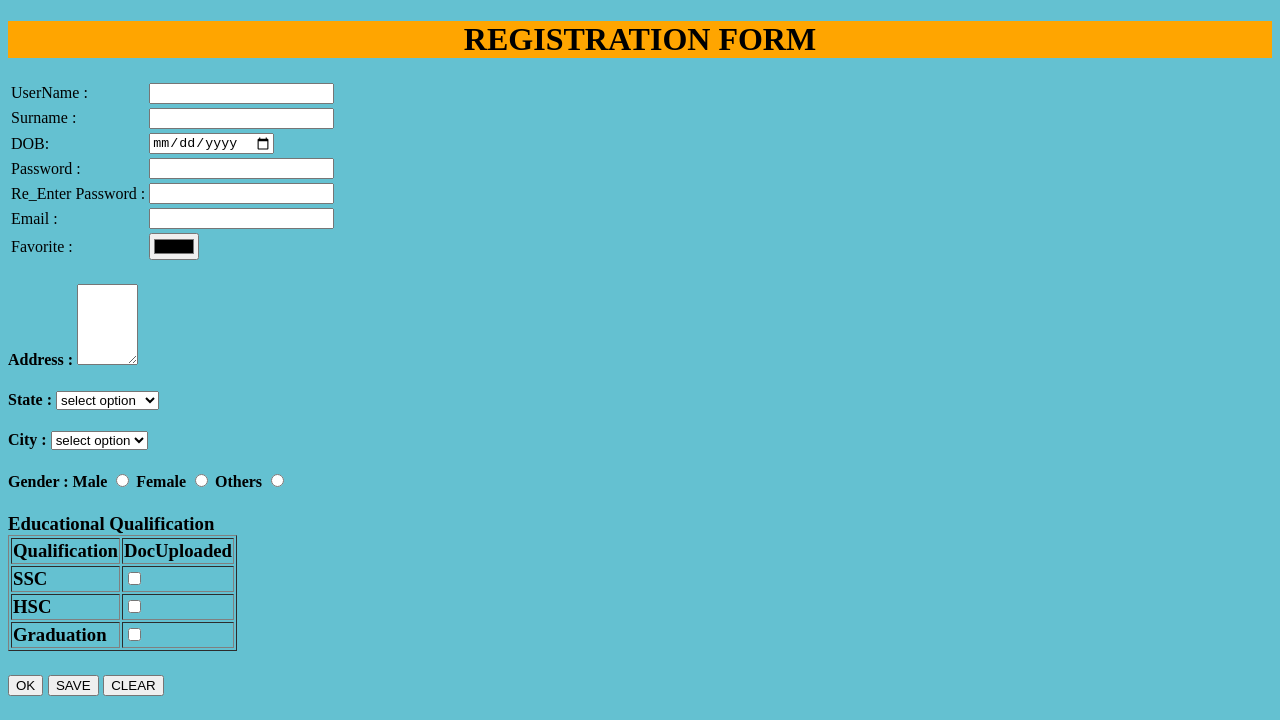
Repository: AJEET006/AdvanceJava-DSA
Page: ADVANCE_JAVA/HW_Example/WebContent/RegistrationForm.html
An editor plug-in stored every save of this project. The page is shown before and after the next save, followed by the edit.
The browser window is 1280 px wide. The pictures show the whole page.

Above is the page before, as saved 2022-06-21 18:53:20.

### ADVANCE_JAVA/HW_Example/WebContent/RegistrationForm.html
<!DOCTYPE html>
<html>
<head>
<meta charset="ISO-8859-1">
<title>Insert title here</title>
</head>
<body style="background-color: rgb(100, 193, 209);">
	<form>
		<h1 style="background-color: orange;">
			<bg>
			<center>REGISTRATION FORM</center>
			</bg>
		</h1>
		<table>
			<tr>
				<td>UserName :</td>

				<td><input type="text" name="" /></td>
			</tr>
			<tr>
				<td>Surname :</td>
				<td><input type="text" /></td>
			</tr>
			<tr>
				<td>DOB:</td>
				<td><input type="date" /></td>
			</tr>
			<tr>
				<td>Password :</td>
				<td><input type="password" /></td>
			</tr>
			<tr>
			<td> Re_Enter Password :</td>
			<td><input type="password" /></td>
			</tr>
			<tr>
			<td>  Email :</td>
			<td><input type="email" /></td>
			</tr>
			<tr>
				<td> Favorite :</td>
				<td><input type="color" /></td>
			</tr>
		</table>
		<h4>
			Address :
			<textarea rows="5" cols="5"></textarea>
		</h4>
		<h4>
			State : <select name="State">
				<option>select option</option>
				<option>Uttar pradesh</option>
				<option>Maharashtra</option>
				<option>Rajasthan</option>
				<option>Punjab</option>
				<option>Bihar</option>

			</select>
		</h4>
		<h4>
			City : <select name="City">
				<option>select option</option>
				<option>Prayagraj</option>
				<option>Pune</option>
				<option>Chennai</option>
				<option>Hydarabad</option>
				<option>Darbhanga</option>

			</select>
		</h4>



		<h4>
			Gender : Male <input type="radio" name="gender" /> Female <input
				type="radio" name="gender" /> Others <input type="radio"
				name="gender" />
		</h4>
		<h3>
			Educational Qualification
			<table border="1">
				<tr>
					<th>Qualification</th>
					<th>DocUploaded</th>

				</tr>
				<tr>
					<td>SSC</td>
					<td><input type="checkbox" name="SSC"></td>
				</tr>
				<tr>
					<td>HSC</td>
					<td><input type="checkbox" name="HSC"></td>
				</tr>
				<tr>
					<td>Graduation</td>
					<td><input type="checkbox" name="Graduation"></td>
				</tr>
			</table>
			<br /> <input type="button" value="OK"> <input type="button"
				value="SAVE"> <input type="button" value="CLEAR">

		</h3>

	</form>
</body>
</html>

After the next save:
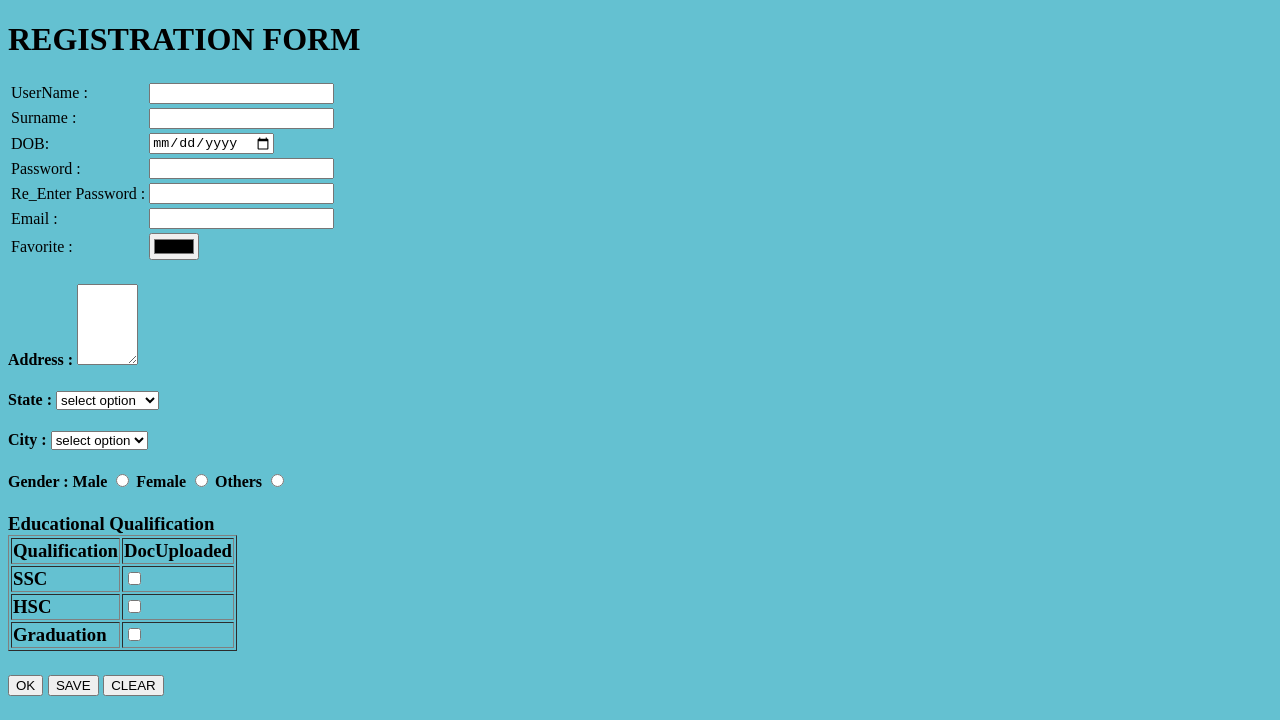
Saved 4 min 35 s later.
--- a/ADVANCE_JAVA/HW_Example/WebContent/RegistrationForm.html
+++ b/ADVANCE_JAVA/HW_Example/WebContent/RegistrationForm.html
@@ -6,9 +6,9 @@
 </head>
 <body style="background-color: rgb(100, 193, 209);">
 	<form>
-		<h1 style="background-color: orange;">
+		<h1 style="bacbackground-color:;">
 			<bg>
-			<center>REGISTRATION FORM</center>
+			<cborder-bottom-color:>REGISTRATION FORM</center>
 			</bg>
 		</h1>
 		<table>
